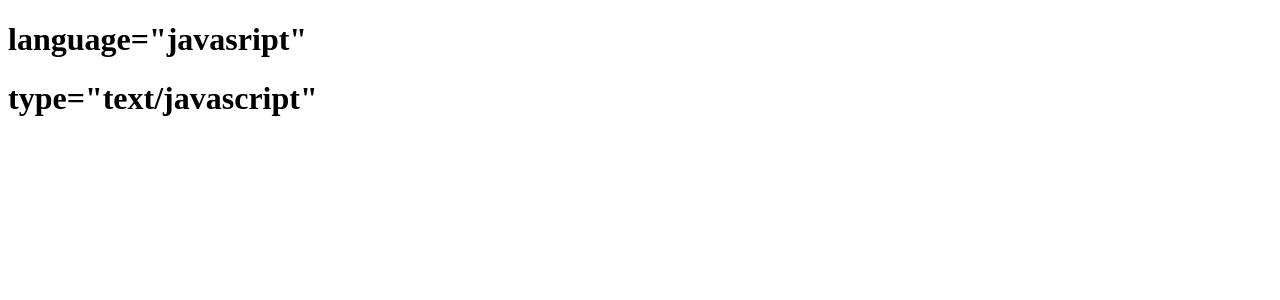
Repository: bookFireFly/bookFireFly
Page: JavaScriptMingriBook/Main/01算术运算符.html
An editor plug-in stored every save of this project. The page is shown before and after the next save, followed by the edit.
The browser window is 1280 px wide. The pictures show the whole page.

Above is the page before, as saved 2017-10-18 09:38:10.
Console error: ReferenceError: aler is not defined

After the next save:
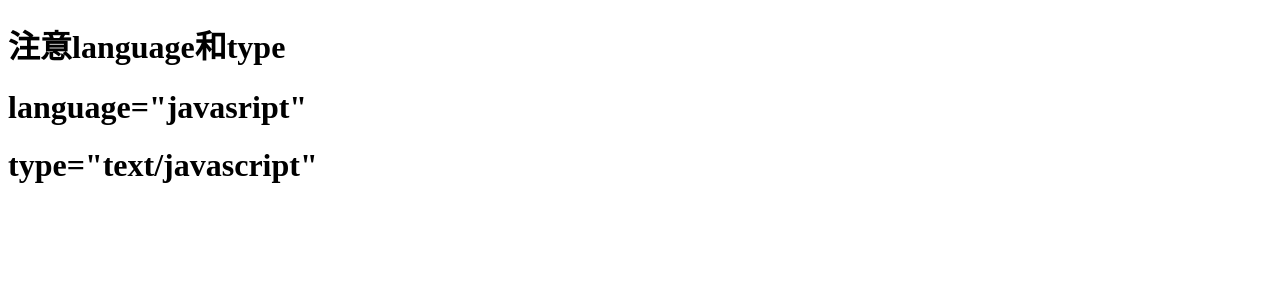
Saved 33 s later.
--- a/JavaScriptMingriBook/Main/01算术运算符.html
+++ b/JavaScriptMingriBook/Main/01算术运算符.html
@@ -5,6 +5,7 @@
 <title>计算商品金额</title>
 </head>
 <body>
+<h1>注意language和type</h1>
 <h1>language="javasript"</h1>
 <script language="javasript">
 var price=79.8
